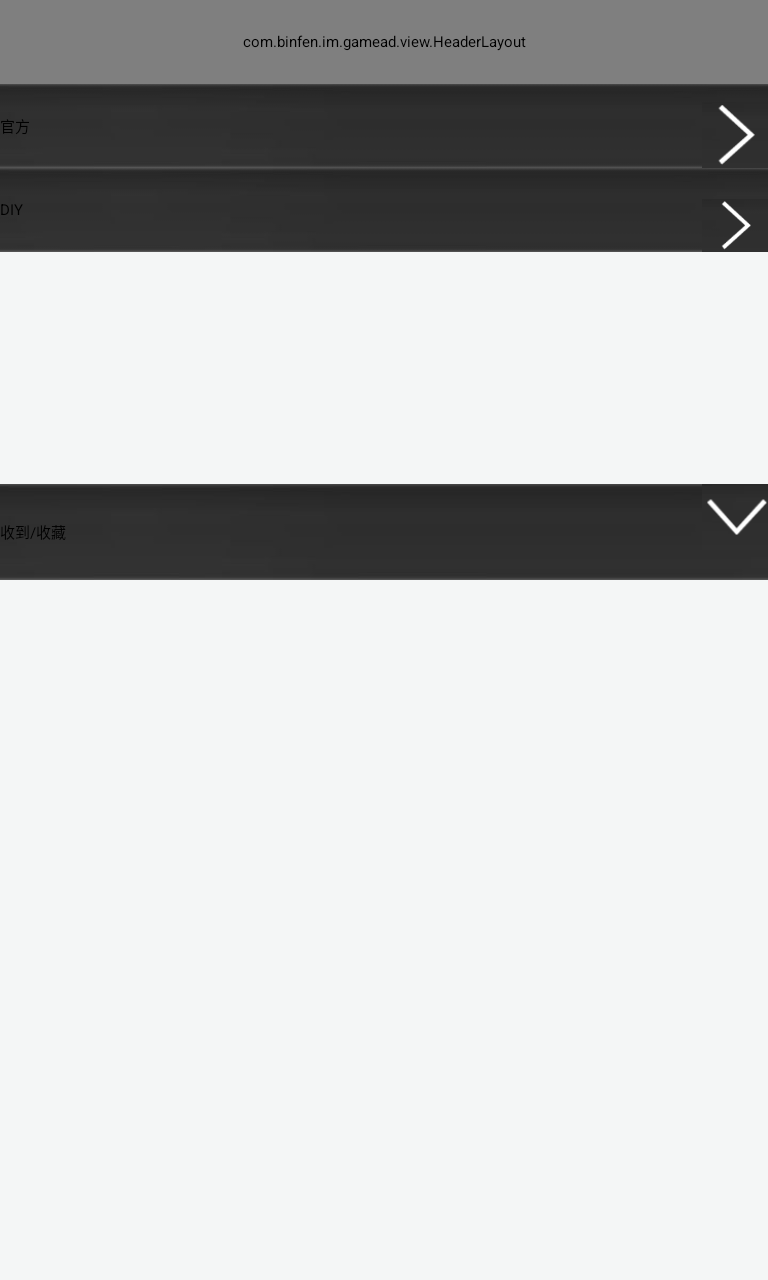
Repository: hosle/gad2
Layout: gamead_IM2/res/layout/xxh_gamelayout3.xml
These files come from the project's save history. The layout is drawn as it stood at one moment and after the next save; the edit follows.
Pictures or frames that could not be fetched are drawn as grey boxes. It is drawn on a 768 x 1280 px phone screen (xhdpi) without system bars, with theme AppTheme; the app's code is not run. Lists and similar views that code fills are empty. The app's manifest (not shown) leaves right-to-left support off. So textAlignment, textDirection and layoutDirection are ignored, and left and right values win over start and end ones.

Above is the layout before, as saved 2015-06-26 06:35:50.

After the next save:
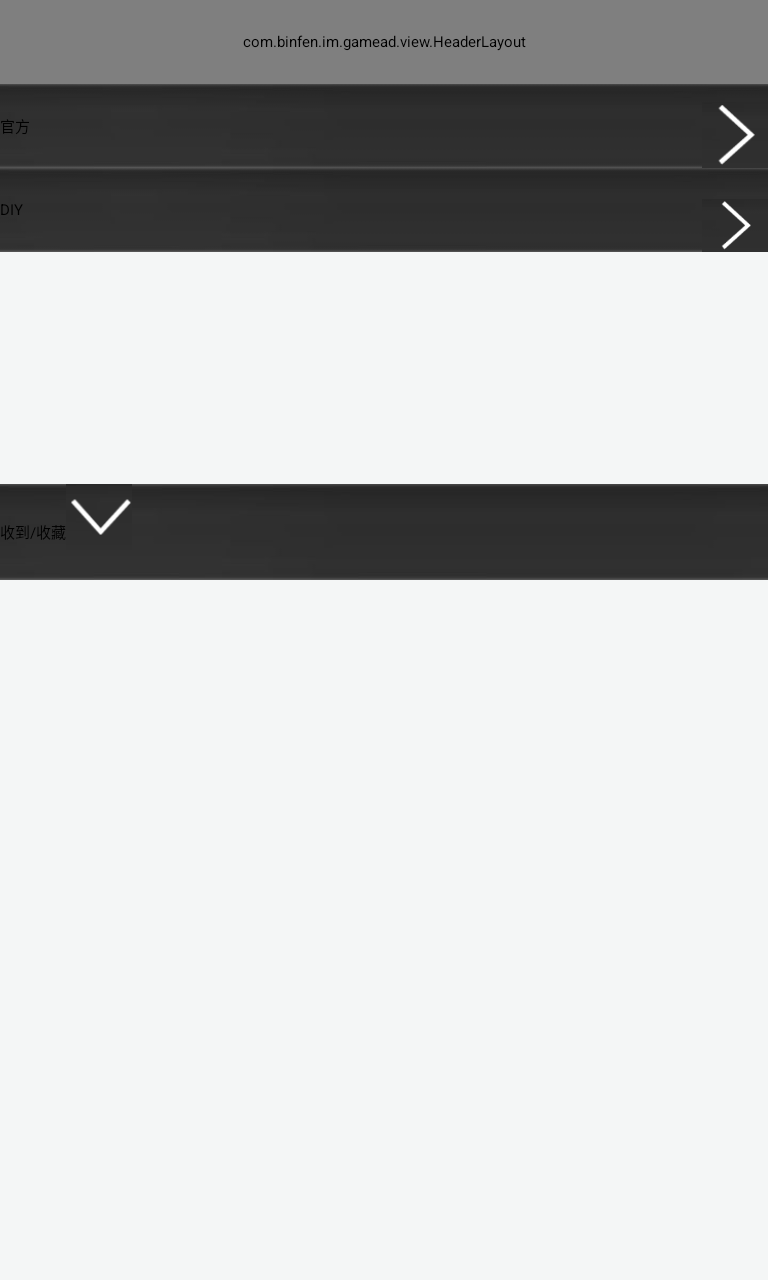
Saved 23 s later.
--- a/gamead_IM2/res/layout/xxh_gamelayout3.xml
+++ b/gamead_IM2/res/layout/xxh_gamelayout3.xml
@@ -92,7 +92,7 @@
                android:id="@+id/xxh_imagebnt3"
                android:layout_width="wrap_content"
                android:layout_height="wrap_content"
-               android:layout_alignParentRight="true"
+               android:layout_toRightOf="@+id/save_game"
                android:layout_alignTop="@+id/save_game"
                android:background="@drawable/xxh_game_bkimgbnt"
                android:src="@drawable/xxh_game_ad" />

After the save that followed:
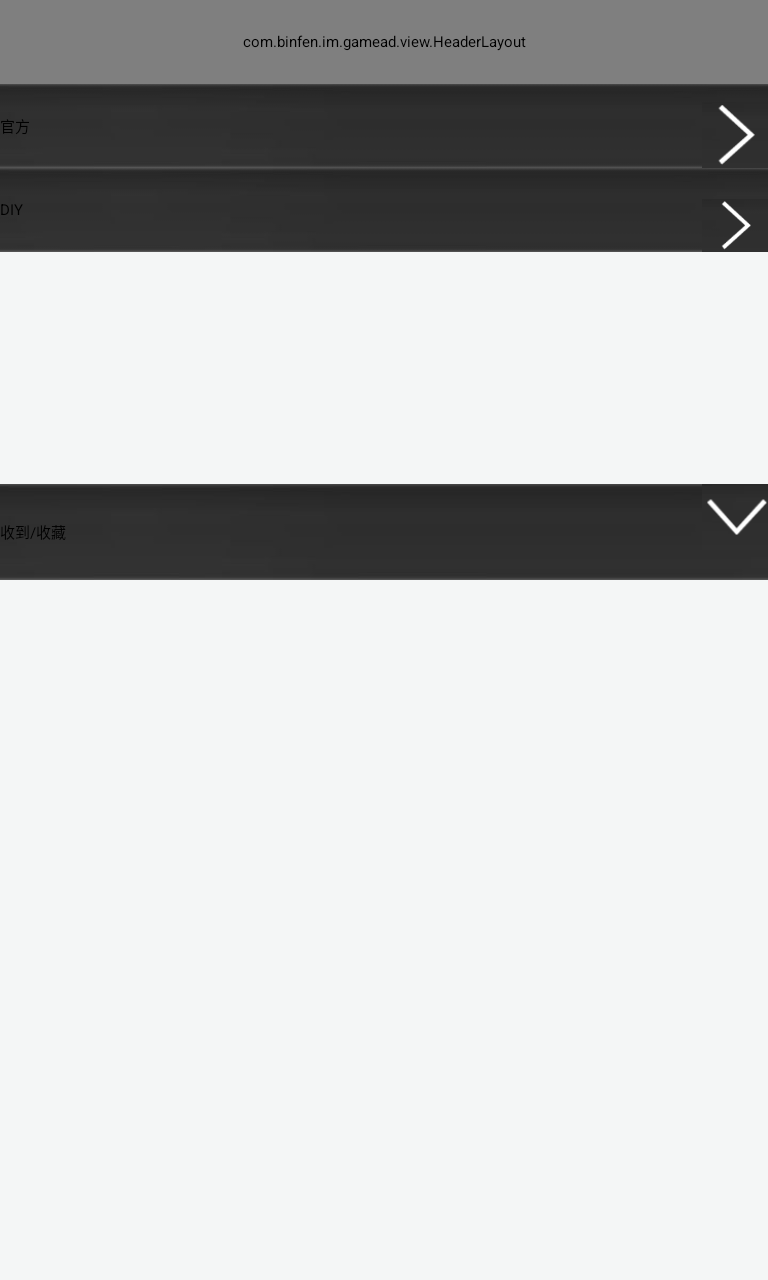
Saved 19 s later.
--- a/gamead_IM2/res/layout/xxh_gamelayout3.xml
+++ b/gamead_IM2/res/layout/xxh_gamelayout3.xml
@@ -92,7 +92,7 @@
                android:id="@+id/xxh_imagebnt3"
                android:layout_width="wrap_content"
                android:layout_height="wrap_content"
-               android:layout_toRightOf="@+id/save_game"
+               android:layout_alignParentRight="true"
                android:layout_alignTop="@+id/save_game"
                android:background="@drawable/xxh_game_bkimgbnt"
                android:src="@drawable/xxh_game_ad" />
